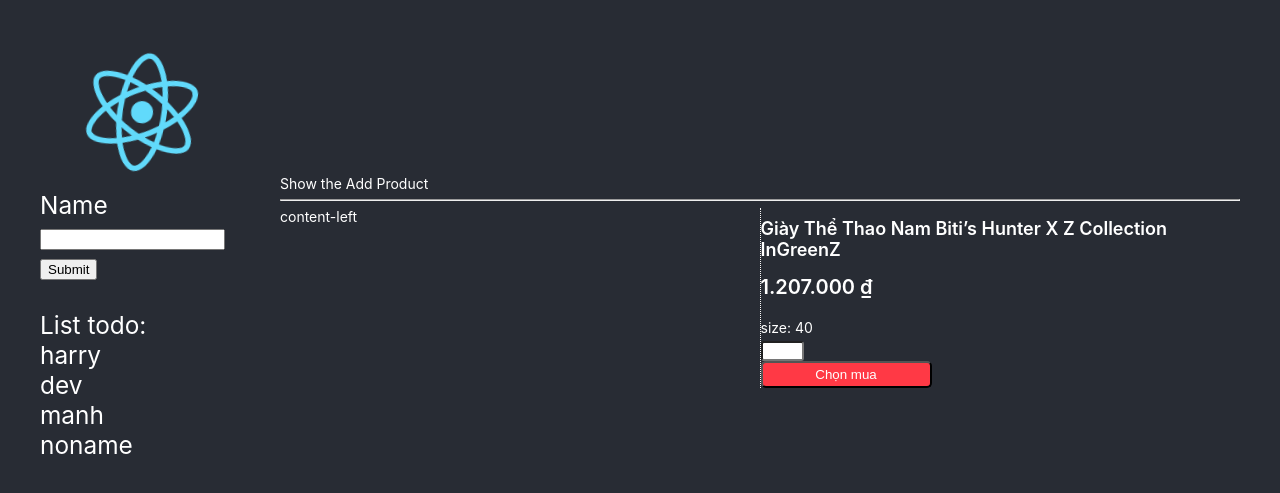
Repository: minh66hn/base-react-hook
Page: /
An editor plug-in stored every save of this project. The page is shown before and after a run of saves, followed by the edit.
The browser window is 1280 px wide. The pictures show the whole page.
The project was rebuilt for these pictures with package versions that can differ from the ones it lists, and the page was loaded fresh each time.

Above is the page before, as saved 2022-05-01 17:37:06.

### src/App.js
import React from "react";

import logo from "./logo.svg";
import "./App.scss";
import Home from "./components/Home";
import AddNewProduct from "./components/AddNewProduct";
import Product from "./components/Products/Product";

function App() {
  return (
    <div className="App">
      <header className="App-header content-left">
        <img src={logo} className="App-logo" alt="logo" />
        <Home></Home>
      </header>
      <div className="content-right">
        <AddNewProduct />
        <hr />
        <Product />
      </div>
    </div>
  );
}

export default App;

### src/App.scss
.App {
  padding: 40px;
  background-color: #282c34;
  height: calc(100vh - 80px);
  font-size:14px;
  display: flex;

  .content-left{
    width:20%;
  }


  .content-right{
    /* border: 1px solid red; */
    width: 80%;
    margin-top:135px;
    color: white;

  }

}

.App-logo {
  height: 20vmin;
  pointer-events: none;
}

@media (prefers-reduced-motion: no-preference) {
  .App-logo {
    animation: App-logo-spin infinite 20s linear;
  }
}

@keyframes App-logo-spin {
  from {
    transform: rotate(0deg);
  }
  to {
    transform: rotate(360deg);
  }
}
.App-header {
  /* min-height: 100vh; */
  /* display: flex;
  flex-direction: column; */
  /* align-items: center;
  justify-content: center; */
  font-size: calc(10px + 2vmin);
  color: white;
  /* border: 1px solid green; */
  width: 50%;
}

.input-product input{
  width:50%;
  height:24px;
  outline: none;
  border-radius: 10px;
}
.input-product{
  margin-bottom: 10px;
  display:flex;
  flex-direction: column;
  gap:5px;
}
button{
  cursor: pointer;
}
.App-link {
  color: #61dafb;
}

/* img {
  display: block;
  max-width: 100%;
}
.youtube-list {
  display: grid;
  grid-template-columns: repeat(4, 2fr);
  grid-gap: 25px;
  padding: 25px;
}
.youtube-image {
  height: 250px;
  margin-bottom: 15px;
}
.youtube-image img {
  width: 100%;
  height: 100%;
  object-fit: cover;
}
.youtube-footer {
  display: flex;
  align-items: flex-start;
  gap: 0 20px;
}
.youtube-avatar {
  width: 50px;
  height: 50px;
  border-radius: 100rem;
  object-fit: cover;
  flex-shrink: 0;
}
.youtube-title {
  font-size: 18px;
  margin-bottom: 10px;
}
.youtube-author {
  font-size: 14px;
  color: #999;
  font-weight: 300;
} */

### src/components/Home.js
import React from "react";
import { useState } from "react";
import AddTodo from "./AddTodo";
import DisplayListTodo from "./DisplayListTodo";
const Home = () => {
  const [todo, setTodo] = useState("");
  const randomIntFromInterval = (min, max) => {
    // min and max included
    return Math.floor(Math.random() * (max - min + 1) + min);
  };

  const [listTodo, setListTodo] = useState([
    { id: 1, name: "harry" },
    { id: 2, name: "dev" },
    { id: 3, name: "manh" },
    { id: 4, name: "noname" },
  ]);
  const handleDeleteBtn = (id) => {
    alert(`you deleted item by id:${id}`);
    let updateListTodo = listTodo.filter((item) => item.id !== id);
    setListTodo(updateListTodo);
  };
  const handleClickbtn = (todo) => {
    const todoItem = {
      id: randomIntFromInterval(5, 999),
      name: todo,
    };
    console.log(listTodo);
    if (!todo) {
      alert("please enter todo");
      return 0;
    }
    //catch1
    // let curentTodo = listTodo;
    // curentTodo.push(todoItem);
    // setListTodo(curentTodo);
    //catch2
    setListTodo([...listTodo, todoItem]);
    setTodo("");
  };

  return (
    <div>
      <AddTodo handleClickbtn={handleClickbtn} todo={todo} setTodo={setTodo} />
      <DisplayListTodo childData={listTodo} handleDeleteBtn={handleDeleteBtn} />
    </div>
  );
};

export default Home;

### src/components/AddNewProduct.js
import React from "react";
import { useState } from "react";

const AddNewProduct = () => {
  const [productName, setProductName] = useState("");
  const [producPrice, setProductPrice] = useState(0);
  const [productSize, setProductSize] = useState(0);
  const [productColor, setProductColor] = useState("");
  const [isShowDetail, setIsShowDetail] = useState(false);

  const handleClickbtn = () => {
    let object = { productName, producPrice, productSize, productColor };
    let ListProducts = localStorage.getItem("ListProducts");
    console.log(ListProducts);
    if (ListProducts) {
      let arr = [JSON.parse(ListProducts)];
      arr.push(object);
      localStorage.setItem("ListProducts", JSON.stringify(arr));
    } else {
      localStorage.setItem("ListProducts", JSON.stringify(object));
    }
    setProductName("");
    setProductPrice(0);
    setProductSize(0);
    setProductColor("");
  };
  const handleIsHide = (currentShow) => {
    let isShow = !currentShow;
    setIsShowDetail(isShow);
  };
  return (
    <div>
      {isShowDetail === true && (
        <fieldset>
          <legend>Add New Product:</legend>
          <div className="input-product">
            <label>Name</label>
            <input
              value={productName}
              type="text"
              onChange={(event) => {
                setProductName(event.target.value);
              }}
            />
          </div>
          <div className="input-product">
            <label>Price</label>
            <input
              value={producPrice}
              type="text"
              onChange={(event) => {
                setProductPrice(event.target.value);
              }}
            />
          </div>
          <div className="input-product">
            <label>Size</label>
            <input
              value={productSize}
              type="number"
              onChange={(event) => {
                setProductSize(event.target.value);
              }}
            />
          </div>
          <div className="input-product">
            <label>Color</label>
            <input
              value={productColor}
              type="text"
              onChange={(event) => {
                setProductColor(event.target.value);
              }}
            />
          </div>
          <div>
            <button type="button" onClick={() => handleClickbtn()}>
              Submit
            </button>
          </div>
        </fieldset>
      )}

      {isShowDetail === true ? (
        <div
          onClick={() => {
            handleIsHide(true);
          }}
        >
          Is Hide Add Product
        </div>
      ) : (
        <div
          onClick={() => {
            handleIsHide(false);
          }}
        >
          Show the Add Product
        </div>
      )}
    </div>
  );
};

export default AddNewProduct;

### src/components/Products/Product.js
import React from "react";
import "../Products/Product.scss";
const Product = () => {
  return (
    <div className="products-container">
      <div className="content-left">content-left</div>
      <div className="content-right">
        <div className="title">
          Giày Thể Thao Nam Biti’s Hunter X Z Collection InGreenZ
        </div>
        <div className="price">1.207.000 ₫</div>
        <div className="size">size: 40</div>
        <label htmlFor=""></label>
        <div className="action">
          <input type="number" className="quantity" min={1} />
          <button className="buy">Chọn mua</button>
        </div>
      </div>
    </div>
  );
};

export default Product;

### src/components/AddTodo.js
import React from "react";

const AddTodo = (props) => {
  const { handleClickbtn, todo, setTodo } = props;
  return (
    <div>
      <label>Name</label>
      <input
        type="text"
        value={todo}
        onChange={(event) => {
          console.log("check event:", event);
          setTodo(event.target.value);
        }}
      />
      <button
        type="button"
        onClick={() => {
          handleClickbtn(todo);
        }}
      >
        Submit
      </button>
      <br />
      <br />
    </div>
  );
};

export default AddTodo;

### src/components/DisplayListTodo.js
import React from "react";

const DisplayListTodo = (props) => {
  const listData = props.childData;
  const handleDeleteBtn = (id) => {
    props.handleDeleteBtn(id);
  };
  return (
    <div>
      <div>List todo:</div>
      {listData.map((item) => {
        console.log(item);
        return (
          <div
            key={item.id}
            onClick={() => {
              handleDeleteBtn(item.id);
            }}
          >
            {item.name}
          </div>
        );
      })}
    </div>
  );
};

export default DisplayListTodo;

### src/components/Products/Product.scss
.products-container{
    display:flex;
    flex-direction: row;
.content-right{
    border-left:1px dotted  #f5f5f5;

    margin-top: 0px;
    width:50%;
    .title{
        font-size:18px;
        font-weight: 600;
        text-align: left;
        padding: 10px 0;
    }
    .price{
        font-size: 20px;
        font-weight: 600;
        padding: 5px 0 15px 0;
    }
    .size{
        padding: 5px 0;
    }
    .action{
        display: flex;
        flex-direction: column;
        .buy{
            cursor: pointer;
            height: 27px;
            width: 171px;
            color:#ffffff;
            background-color:#ff3945;
            border-radius: 5px;
        }
        .quantity{
            height: 14px;
            width: 35px;
            border-radius: 3px;
            }
        .buy:hover{
            background-color: #FEFBE7;
            color:#FF6363
        }
    }
}
.content-left{
    width:50%;
    .img-up{
        img{
            width: 80%;
            height: 100%;
            object-fit: cover

        }
    }
    .img-down{
        display: flex;
        gap:10px;

        .img-small{
            img{
                height: 100px;
                width: 100px;
                border-radius: 3px;
                cursor: pointer;
            }

    }

    }

}
}

Loaded but not shown: public/index.html (common file); src/index.js (common file); src/index.css (common file); src/reportWebVitals.js (common file)

After the next 2 saves:
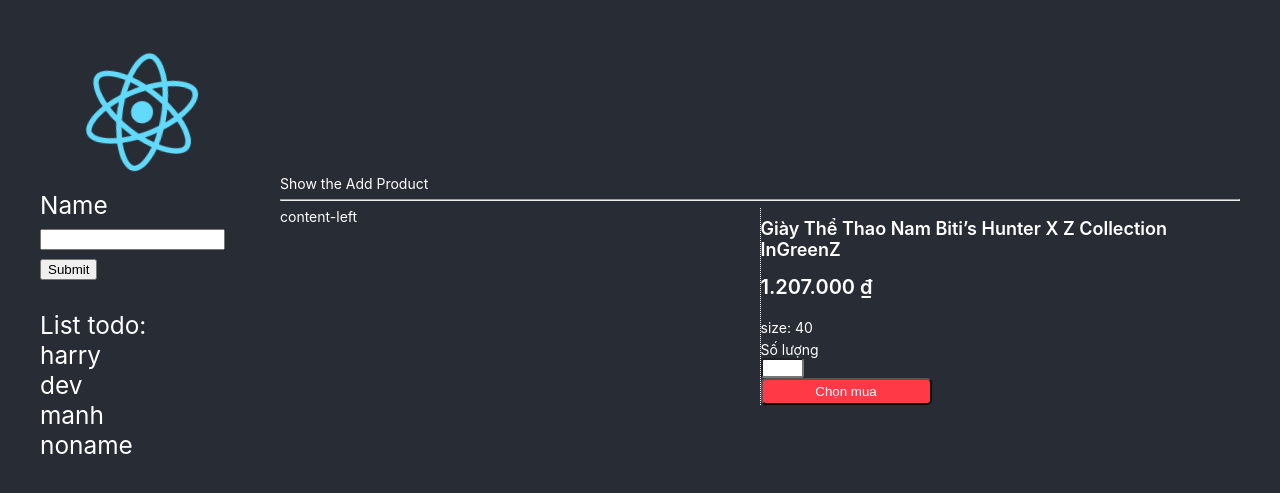
The 2 saves are shown as one change because they came seconds apart.
The last was saved 10 s later.
--- a/src/components/Products/Product.js
+++ b/src/components/Products/Product.js
@@ -10,7 +10,7 @@
         </div>
         <div className="price">1.207.000 ₫</div>
         <div className="size">size: 40</div>
-        <label htmlFor=""></label>
+        <label>Số lượng</label>
         <div className="action">
           <input type="number" className="quantity" min={1} />
           <button className="buy">Chọn mua</button>
